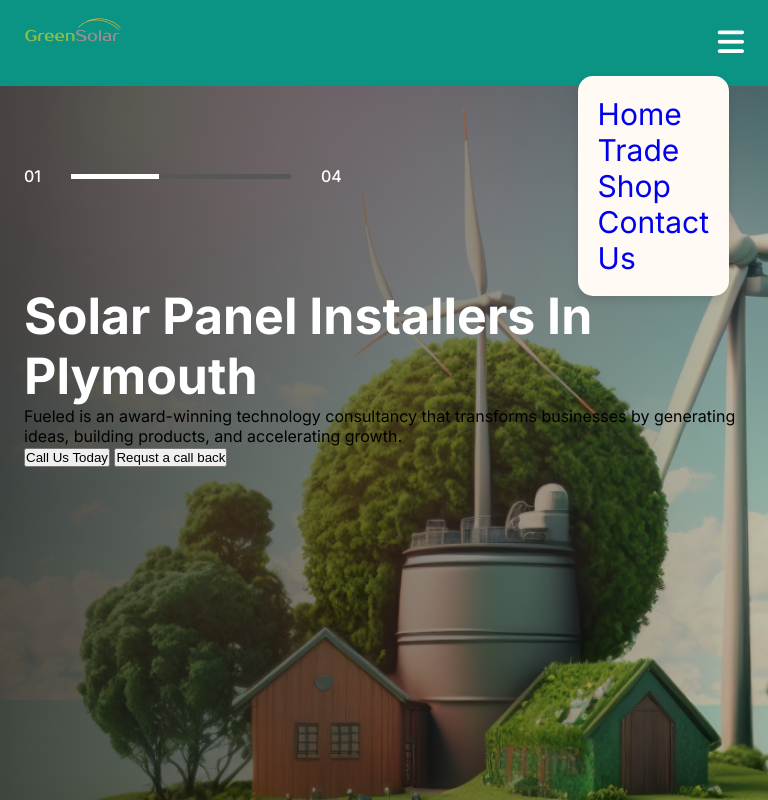
Repository: zeinawady/Solar-Company-Template
Page: index.html
An editor plug-in stored every save of this project. The page is shown before and after a run of saves, followed by the edit.
The browser window is 768 px wide. The pictures show the whole page.
The pointer rests on the first visible `.burger`.

Above is the page before, as saved 2024-09-17 17:16:04.

### index.html
<!DOCTYPE html>
<html lang="en">

<head>
    <meta charset="UTF-8">
    <meta name="viewport" content="width=device-width, initial-scale=1.0">
    <title>Solar Company</title>
    <link rel="stylesheet" href="css/style.css">
    <link rel="stylesheet" href="css/all.min.css">
    <link rel="preconnect" href="https://fonts.googleapis.com">
<link rel="preconnect" href="https://fonts.gstatic.com" crossorigin>
<link href="https://fonts.googleapis.com/css2?family=Inter:ital,opsz,wght@0,14..32,100..900;1,14..32,100..900&display=swap" rel="stylesheet">
</head>

<body>
    <!-- start header -->
    <header>
        <div class="container">
            <img src="images/Logo.png" width="100" alt="logo" class="logo">
            <nav>
                <ul class="nav-links">
                    <li><a href="#">Home</a></li>
                    <li><a href="#">Trade</a></li>
                    <li><a href="#">Shop</a></li>
                    <li><a href="#">Contact Us</a></li>
                </ul>
            </nav>
            <div class="nav-info">
                <div>Call Us</div>
                <div>+1 2345 3456 45</div>

            </div>
            <div class="burger">
                <i class="fas fa-bars"></i>
                <ul class="navHover">
                    <li><a href="#">Home</a></li>
                    <li><a href="#">Trade</a></li>
                    <li><a href="#">Shop</a></li>
                    <li><a href="#">Contact Us</a></li>
                </ul>

            </div>
        </div>
    </header>

    <!-- end header -->

    <!-- start landing -->
    <div class="landing">
        <div class="container">
            <div class="progress-container">
                <span>01</span>
                <progress value="40" max="100"></progress>
                <span>04</span>
            </div>
            <div class="landing-text">
                <h1 class="main-text">Solar Panel Installers In Plymouth</h1>
                <div class="sub-text">
                    Fueled is an award-winning technology consultancy that transforms businesses by generating ideas,
                    building products, and accelerating growth.
                </div>

                <div class="btn-container">
                    <button class="btn">Call Us Today</button>
                    <button class="btn yellow-bt">Requst a call back</button>
                </div>
            </div>
        </div>
    </div>
    <!-- end landing -->

</body>

</html>

### css/style.css
*{
    margin: 0;
    padding: 0;
    box-sizing: border-box;
}
html{
    scroll-behavior: smooth;
}
body{
    font-family: "Inter", sans-serif;
}
.container{
    padding-left: 15px;
    padding-right: 15px;
    margin: 0 auto;
    max-width: 1170px; /* Set a maximum width */
    width: 100%;
}
ul{
    list-style: none;
}
a{
    text-decoration: none;
}
:root{
    --main-color: hsla(173, 86%, 31%, 1);
    --secondary-color:hsla(42, 100%, 55%, 1);
    --font-color: hsla(221, 43%, 11%, 1);

}
@media (min-width:768px) {
    .container {
        width: 750px;
    }

}

@media (min-width:992px) {
    .container {
        width: 970px;
    }
}

@media (min-width:1200px) {
    .container {
        width: 1170px;
    }
}

/* start header */
header{
    background-color: var(--main-color);
height: 86px;
}
header .container{
    display: flex;
    justify-content: space-between;
    align-items: center;

}
.nav-links li{
    display: inline-block;
    padding: 30px 25px;

}
.nav-links li a{
    color: hsla(0, 0%, 100%, 1);
    transition: all 0.3s ease 0s;
}
.nav-info{
    color: hsla(0, 0%, 100%, 1);
padding-bottom: 5px;
display: flex;
flex-direction: column;
align-items: flex-end;
}
.burger{
    display: none;
    color: hsla(0, 0%, 100%, 1) ;
    font-size: 30px;
    cursor: pointer;
    position: relative;
}

@media (max-width:768px){
    .burger{
        display: block;
        padding-top: 24px;
        position: relative;
        z-index: 10;
    }
    .navHover , .nav-links {
        display: none;
    }
    .nav-info{
        display: none;
    }
    .burger:hover .navHover{
        display: block;
        position: absolute;
        top: 76px;
        right: 15px;
        background-color:rgb(255, 250, 244);
        z-index: 99;
        border-radius: 15px;
        padding: 20px;
        box-shadow: 0 4px 8px rgba(0, 0, 0, 0.1);
    }
}

/* end header */

/* start landing */

.landing{
    background-image: url(../images/solar-panels-meadow\ 1.png);
    background-size: cover;
    height: calc(100vh - 86px);
}
.landing .container{
    padding-top: 80px;

}
.progress-container{
    display: flex;
    align-items: center;
    padding-bottom: 100px;
}
.progress-container span{
    color: white;
font-weight: 500;


}
.progress-container span:first-child{
padding-right:30px;

}
.progress-container span:last-child{
    padding-left: 30px;
}
.progress-container progress{
   width: 220px;
   height: 5px;
   appearance: none;
}
progress::-webkit-progress-bar {
    background-color:hsla(0, 0%, 34%, 1);
}
progress::-webkit-progress-value {
    background-color:hsla(0, 0%, 100%, 1);
}

.landing-text{
    max-width: 729px;
}
h1{
    font-size: 50px;
    color: white;
}
/* end landing */

Loaded but not shown: css/all.min.css (library)

After the next 2 saves:
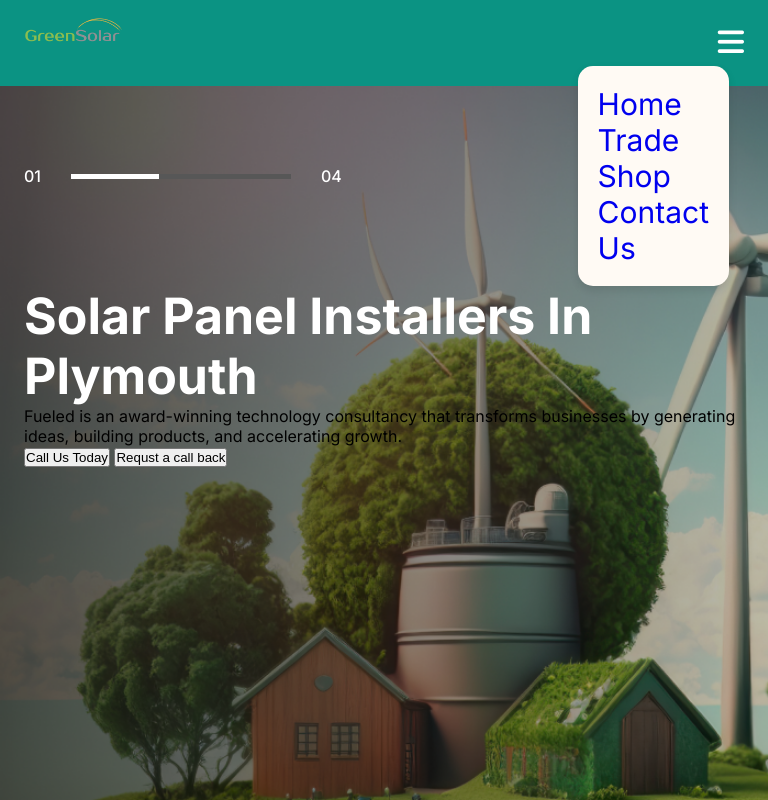
The 2 saves are shown as one change because they came seconds apart.
The last was saved 7 s later.
--- a/css/style.css
+++ b/css/style.css
@@ -98,7 +98,7 @@ align-items: flex-end;
     .burger:hover .navHover{
         display: block;
         position: absolute;
-        top: 76px;
+        top: 66px;
         right: 15px;
         background-color:rgb(255, 250, 244);
         z-index: 99;
